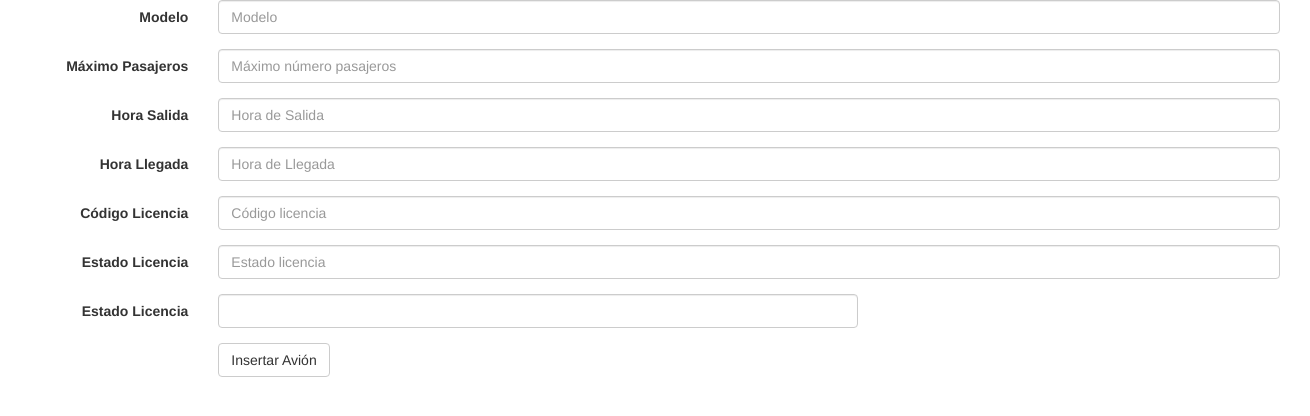
Repository: asbag/gestionaena
Page: http://localhost/gestionaena/WEB-INF/views/avion/formAvion.jsp
These files come from the project's save history. The page is drawn as it stood at one moment and after the next save; the edit follows.
The browser window is 1280 px wide. The page is 1310 px wide, so the pictures cover 1310 px, including what lies to the right of the window. The pictures show the whole page.
The page is served by Tomcat 9. Nobody is signed in. Other server files are loaded and not shown. The template is opened directly, without the code that normally fills it, so the values that code supplies are empty.

Above is the page before, as saved 2015-04-14 19:57:20.
Console error: ReferenceError: $ is not defined

### gestionaena/src/main/webapp/WEB-INF/views/avion/formAvion.jsp
<%@ page language="java" contentType="text/html; charset=UTF-8"
	pageEncoding="UTF-8"%>
<!DOCTYPE html PUBLIC "-//W3C//DTD HTML 4.01 Transitional//EN" "http://www.w3.org/TR/html4/loose.dtd">
<html>
<head>
<meta http-equiv="Content-Type" content="text/html; charset=UTF-8">
<title>Actividad 1</title>
<!-- CSS de Bootstrap -->
<link href="${pageContext.request.contextPath}/css/bootstrap.min.css"
	rel="stylesheet" media="screen">

<!-- librerías opcionales que activan el soporte de HTML5 para IE8 -->
<!--[if lt IE 9]>
      <script src="https://oss.maxcdn.com/libs/html5shiv/3.7.0/html5shiv.js"></script>
      <script src="https://oss.maxcdn.com/libs/respond.js/1.4.2/respond.min.js"></script>
    <![endif]-->
</head>
<body>
	<form class="form-horizontal" role="form">
		<div class="form-group">
			<label for="modelo" class="col-sm-2 control-label">Modelo</label>
			<div class="col-sm-10">
				<input type="text" class="form-control" id="modelo"
					placeholder="Modelo">
			</div>
		</div>
		<div class="form-group">
			<label for="max_pasajeros" class="col-sm-2 control-label">M&aacute;ximo
				Pasajeros</label>
			<div class="col-sm-10">
				<input type="text" class="form-control" id="max_pasajeros"
					placeholder="Máximo número pasajeros">
			</div>
		</div>
		<div class="form-group">
			<label for="hora_salida" class="col-sm-2 control-label">Hora
				Salida</label>
			<div class="col-sm-10">
				<input type="text" class="form-control" id="hora_salida"
					placeholder="Hora de Salida">
			</div>
		</div>
		<div class="form-group">
			<label for="hora_llegada" class="col-sm-2 control-label">Hora
				Llegada</label>
			<div class="col-sm-10">
				<input type="text" class="form-control" id="hora_llegada"
					placeholder="Hora de Llegada">
			</div>
		</div>
		<div class="form-group">
			<label for="codgo_licencia" class="col-sm-2 control-label">C&oacute;digo
				Licencia</label>
			<div class="col-sm-10">
				<input type="text" class="form-control" id="codgo_licencia"
					placeholder="Código licencia">
			</div>
		</div>
		<div class="form-group">
			<label for="estado_licencia" class="col-sm-2 control-label">Estado
				Licencia</label>
			<div class="col-sm-10">
				<input type="text" class="form-control" id="estado_licencia"
					placeholder="Estado licencia">
			</div>
		</div>
		<div class="form-group">
			<label for="estado_licencia" class="col-sm-2 control-label">Estado
				Licencia</label>
			<div class="row">
				<div class='col-sm-6'>
					<input type='text' class="form-control" id='datetimepicker4' />
				</div>
				<script type="text/javascript">
					$(function() {
						$('#datetimepicker4').datetimepicker();
					});
				</script>
			</div>
		</div>
		<div class="form-group">
			<div class="col-sm-offset-2 col-sm-10">
				<button type="submit" class="btn btn-default">Insertar
					Avi&oacute;n</button>
			</div>
		</div>
	</form>

	<!-- Librería jQuery requerida por los plugins de JavaScript -->
	<script src="http://code.jquery.com/jquery.js"></script>

	<!-- Todos los plugins JavaScript de Bootstrap (también puedes
         incluir archivos JavaScript individuales de los únicos
         plugins que utilices) -->
	<script src="${pageContext.request.contextPath}/js/bootstrap.min.js"></script>
</body>
</html>

Loaded but not shown: gestionaena/src/main/webapp/css/bootstrap.min.css (library); gestionaena/src/main/webapp/js/bootstrap.min.js (library)

After the next save:
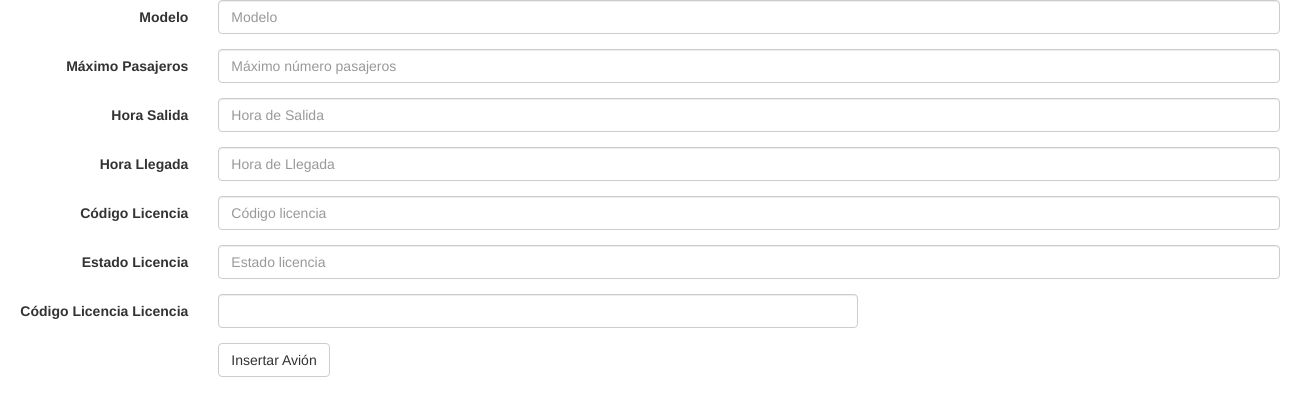
Saved 23 s later.
--- a/gestionaena/src/main/webapp/WEB-INF/views/avion/formAvion.jsp
+++ b/gestionaena/src/main/webapp/WEB-INF/views/avion/formAvion.jsp
@@ -65,7 +65,7 @@
 			</div>
 		</div>
 		<div class="form-group">
-			<label for="estado_licencia" class="col-sm-2 control-label">Estado
+			<label for="estado_licencia" class="col-sm-2 control-label">C&oacute;digo Licencia
 				Licencia</label>
 			<div class="row">
 				<div class='col-sm-6'>
